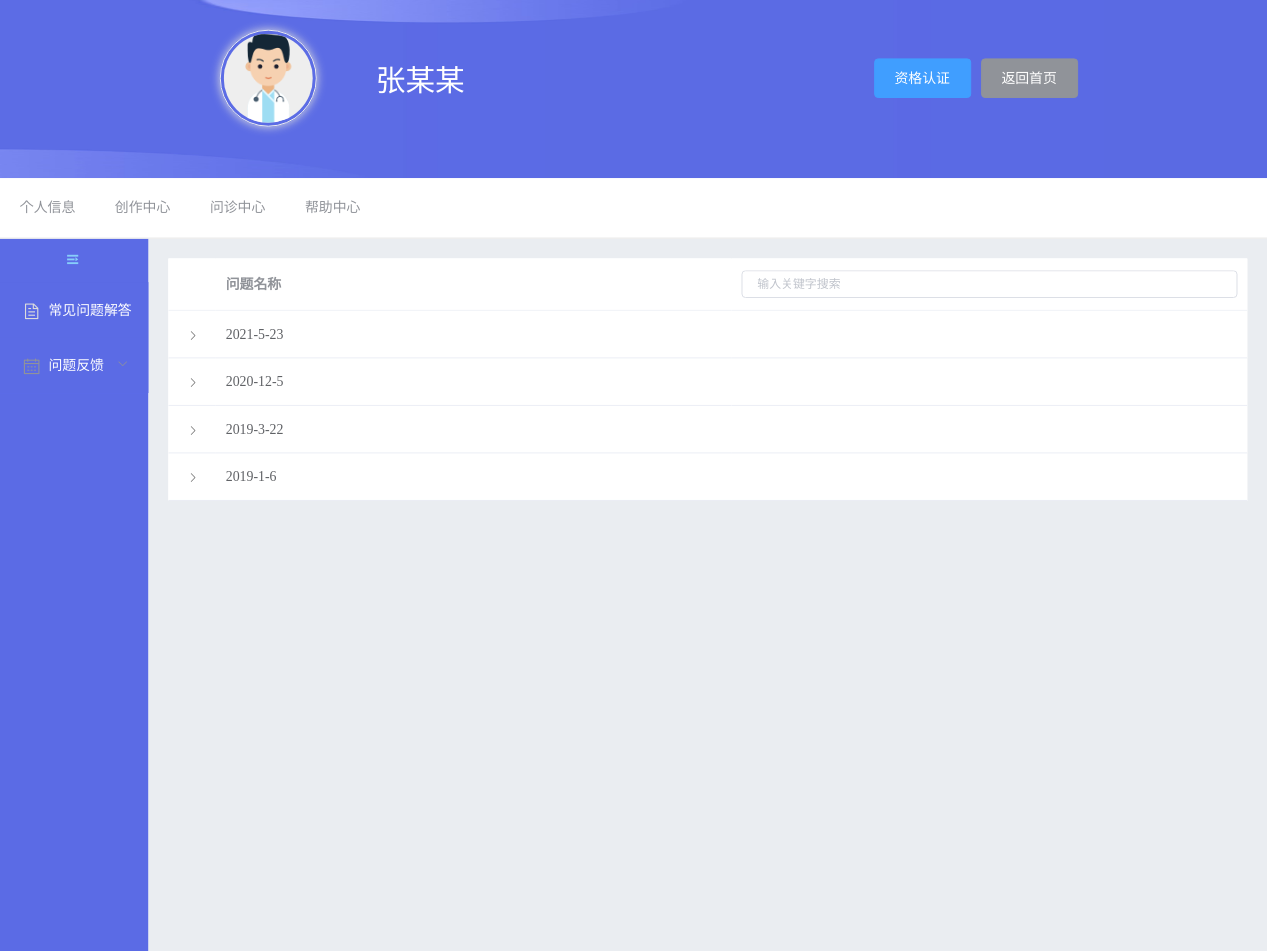
Repository: DiscreteL/SOA_Front
Page: /#/problems
The author's editor kept a copy of each file at every save. The page is drawn from the files as they stood at one save, then again after the next save.
The browser window is 1280 px wide. The pictures show the whole page, at 99% of full size.
The project was rebuilt for these pictures with package versions that can differ from the ones it lists, and the page was loaded fresh each time. Also part of the build but not shown: vue.config.js, src/components/navigation.vue, src/components/dialog.vue, src/views/news.vue, src/components/announcement.vue, src/components/patientKnow.vue, src/views/Home.vue, src/views/login.vue and 15 more.

Above is the page before, as saved 2021-11-29 18:48:09.

### src/main.js
import Vue from 'vue'
import App from './App.vue'
import router from './router'
import store from './store'
import ElementUI from 'element-ui';
import 'element-ui/lib/theme-chalk/index.css';
import instance_ from "@/utils/api";

Vue.use(ElementUI);

Vue.config.productionTip = false

Vue.prototype.instance = instance_

new Vue({
  router,
  store,
  render: h => h(App)
}).$mount('#app')

router.beforeEach((to, from, next) => {
  /* 路由发生变化修改页面title */
  if (to.meta.title) {
      document.title = to.meta.title
  }
  next()
})

### src/App.vue
<template>
  <div id="app">
    <router-view/>
  </div>
</template>

<style lang="less" scoped>
</style>

<script>
export default {
  name: 'app'
}
</script>

### src/utils/api.js
//输出通用axios实例
import axios from 'axios';
axios.defaults.withCredentials = false

const instance = axios.create({
  timeout: 10000,
   headers: {
    'Content-Type': "multipart/form-data;charset=utf-8",
  }
});

export default {
  //GqvbYer04485869e6b5acbed4ed10dfd79468f6d84577b1

   diseaseList (data) {
     return instance.get("https://api.apishop.net/common/disease/queryDiseaseList?apiKey=GqvbYer04485869e6b5acbed4ed10dfd79468f6d84577b1&page=1&pageSize=50", data);
   },
   diseaseInfo(data){
    return instance.get("https://api.apishop.net/common/disease/queryDiseaseInfo?apiKey=GqvbYer04485869e6b5acbed4ed10dfd79468f6d84577b1&diseaseID="+data);
   }


//   allUser () {
//     return instance.post('/api/user');
//   },
//   allProduct () {
//    return instance.post('/api/product')
//   },
//   upload (data) {
//     return instance.post('/api/upload',data)
//   },
//   regist (data){
//   	return instance.post('/api/createOrUpdateUser',data)
//   }
};

### src/views/doctor/helpCenter.vue
<template>
  <div class="home_container">
    <UserHomeNav2></UserHomeNav2>
    <!--页面主体区-->
    <el-container>
      <!--侧边栏-->
      <el-aside :width="isCollapse ? '64px' : '150px'">
        <div class="toggle-button" @click="toggleCollapse">
          <div v-if="this.isCollapse == true">
            <i class="el-icon-s-fold"></i>
          </div>
          <div v-else>
            <i class="el-icon-s-unfold"></i>
          </div>
        </div>
        <el-menu
          background-color="#5b6be5"
          text-color="#fff"
          active-text-color="#409EFF"
          :collapse="isCollapse"
          :collapse-transition="false"
          :router="true"
          :default-active="activePath"
        >
          <el-menu-item index="/problems" @click="saveNavState('/problems')">
            <i class="el-icon-document" style="color: #dcdcdc"></i>
            <span slot="title">常见问题解答</span>
          </el-menu-item>
          <el-submenu index="1">
            <template slot="title">
              <i class="el-icon-date"></i>
              <span>问题反馈</span>
            </template>
            <el-menu-item
              index="/feedback"
              @click="saveNavState('/feedback')"
            >
              <i tyle="color: #dcdcdc"></i>
              <span slot="title">我要反馈</span>
            </el-menu-item>
            <el-menu-item index="/feedbackList" @click="saveNavState('/feedbackList')">
              <i style="color: #dcdcdc"></i>
              <span slot="title">反馈记录</span>
            </el-menu-item>
          </el-submenu>
        </el-menu>
      </el-aside>
      <!--右侧主体区-->
      <el-main>
        <router-view></router-view>
      </el-main>
    </el-container>
  </div>
</template>

<script>
import UserHomeNav2 from "@/components/userhomenav2.vue";

export default {
  name: "ConsultCenter",
  components: {
    UserHomeNav2,
  },
  data() {
    return {
      // 默认不折叠
      isCollapse: false,
      // 被激活导航地址
      activePath: "",
    };
  },
  created() {
    this.getMenuList();
    this.activePath = window.sessionStorage.getItem("activePath");
  },
  methods: {
    toggleCollapse() {
      this.isCollapse = !this.isCollapse;
    },
    saveNavState(activePath) {
      window.sessionStorage.setItem("activePath", activePath);
      this.activePath = activePath;
    },
  },
};
</script>

<style lang="less" scoped>
html,
body {
  width: 100%;
  height: 100%;
  margin: 0px;
  padding: 0px;
}
.home_container {
  height: 100vh;
}
.el-container {
  height: 100%;
}
.el-aside {
  background-color: #5b6be5;
  .el-menu {
    border-right: none;
  }
}
.el-main {
  background-color: #eaedf1;
}
.toggle-button {
  background-color: #5b6be5;
  font-size: 15px;
  line-height: 24px;
  color: #87cefa;
  text-align: center;
  letter-spacing: 0.2em;
  cursor: pointer;
  padding: 10px;
}
.logo_box {
  height: 60px;
  width: 60px;
  border: 5px #53868b;
  border-radius: 50%; /* 圆角 */
  position: relative;
  margin: 30px;
}
.port_box img {
  width: 100%;
  height: 100%;
  border-radius: 50%; /* 圆角 */
  background-color: #53868b;
}
</style>

### src/views/doctor/help/problems.vue
<template>
  <el-table
    :data="tableData.filter(data => !search || data.title.toLowerCase().includes(search.toLowerCase()))"
    style="width: 100%">
    <el-table-column type="expand">
      <template slot-scope="props">
        <el-form label-position="left" inline class="demo-table-expand">
          <el-form-item label="问题名称">
            <span>{{ props.row.problem }}</span>
          </el-form-item>
          <el-form-item label="解答">
            <span>{{ props.row.answer }}</span>
          </el-form-item>
        </el-form>
      </template>
    </el-table-column>
    <el-table-column label="问题名称" prop="time"> </el-table-column>
    <el-table-column align="right">
      <template slot="header" slot-scope="scope">
        <el-input v-model="search" @click="handleEdit(scope.$index, scope.row)" size="mini" placeholder="输入关键字搜索" />
      </template>
    </el-table-column>
  </el-table>
</template>

<style>
.demo-table-expand {
  font-size: 0;
}
.demo-table-expand label {
  width: 90px;
  color: #99a9bf;
}
.demo-table-expand .el-form-item {
  margin-left: 2%;
  margin-right: 0;
  margin-bottom: 0;
  width: 50%;
}
</style>

<script>
export default {
  data() {
    return {
      tableData: [
        {
          time: "2021-5-23",
          name: "GGG",
          disrecord: "上呼吸道感染",
          prescr: "正柴胡颗粒",
        },
        {
          time: "2020-12-5",
          name: "HHH",
          disrecord: "急性鼻窦炎",
          prescr: "处方1",
        },
        {
          time: "2019-3-22",
          name: "KKK",
          disrecord: "失眠，心律不齐",
          prescr: "稳心颗粒",
        },
        {
          time: "2019-1-6",
          name: "JJJ",
          disrecord: "过敏",
          prescr: "息斯敏（氯雷他定片）",
        },
      ],
      search: "",
    }
  },
  methods: {
    handleEdit(index, row) {
      console.log(index, row);
    },
    handleDelete(index, row) {
      console.log(index, row);
    },
    handleChange() {
    this.$forceUpdate();
},
  },
};
</script>

### src/service/userService.js
import url from '../axios/url';
import request from '../axios/request';

export function getDocDataFun(params) {
    return request.get(url.patient.getDocListData, params);
  }

export function getDocOptionFun(params) {
    return request.get(url.patient.getDocOptionData, params);
  }

export function getDrugFun(params){
  return request.get(url.patient.getDrugData,params);
}

export function getHosFun(params){
  return request.get(url.patient.getHosData,params);
}

export function getNoticeFun(params){
  return request.get(url.patient.getNoticeData,params);
}

export function getDiseaseFun(params){
  return request.get(url.patient.getDiseaseData,params);
}

export function postReservationFun(params){
  return request.post(url.patient.postReservationData,params);
}

export function loginPFun(params){
  return request.get(url.patient.patientLogin,params);
}

export function loginDFun(params){
  return request.get(url.patient.doctorLogin,params);
}

export function registerPFun(params){
  return request.post(url.patient.patientRegister,params);
}

export function registerDFun(params){
  return request.post(url.patient.doctorRegister,params);
}

export function sendAcidFormFun(params){
  return request.post(url.patient.sendAcidForm, params)
}

export function sendOfflineReFun(params){
  return request.post(url.patient.sendOffineReservation, params)
}

export function sendChatMesFun(params){
  return request.post(url.alluser.sendChatMes, params)
}

export function getChatMesFun(params){
  return request.get(url.alluser.getChatMes, params)
}

export function getCartFun(params){
  return request.get(url.patient.getCart, params)
}

export function clearCartFun(params){
  return request.post(url.patient.clearCart, params)
}

export function addCartFun(params){
  return request.post(url.patient.addCart, params)
}

export function getPatientInfoDataFun(params){
  return request.get(url.doctor.getPatientInfoData,params);
}
export function postPreDataFun(params){
  return request.post(url.doctor.postPreData,params);
}

export function postMedicineIncludedDataFun(params){
  return request.post(url.doctor.postMedicineIncludedData,params);
}

export function postReportDataFun(params){
  return request.post(url.doctor.postReportData,params);
}

export function getDocInfoData(params){
  return request.get(url.patient.getDocInfoData,params);
}

export function getDrugsIncludedListDataFun(params){
  return request.get(url.patient.getDrugsIncludedListData,params);
}

export function postRateDataFun(params){
  return request.post(url.patient.postRateData,params);
}

export function getPreDataFun(params){
  return request.get(url.patient.getPreData,params);
}

export function getDiseaseListDataFun(params){
  return request.get(url.patient.getDiseaseListData,params);
}

export function getDepartmentListDataFun(params){
  return request.get(url.patient.getDepartmentListData,params);
}

export function getPatientInfoFun(params){
  return request.get(url.patient.getPatientInfo,params);
}

export function postAutoAddDataFun(params){
  return request.post(url.patient.postAutoAddData,params);
}

export function getDrugListDataFun(params){
  return request.get(url.patient.getDrugListData,params);
}

export function getNATFun(params){
  return request.get(url.patient.getNAT,params);
}
export function getReportListDataFun(params){
  return request.get(url.admin.getReportListData,params);
}
export function getNoticeListDataFun(params){
  return request.get(url.admin.getNoticeListData,params);
}
export function postNoticeDataFun(params){
  return request.post(url.admin.postNoticeData,params);
}

export function getDocFun(params){
  return request.get(url.patient.getDoctorData,params)
}

export function getRecordsFun(params){
  return request.get(url.patient.getRecordsData,params)
}

export function getCompletedRecordsFun(params){
  return request.get(url.patient.getCompletedRecordsData,params)
}

export function updateReservationFun(params){
  return request.post(url.patient.updateReservationData,params)
}

export function postNoticeFun(params){
  return request.post(url.patient.postNoticeData,params)
}

export function deleteNoticeFun(params){
  return request.post(url.patient.deleteNotice,params)
}

export function getPatiBMIFun(params){
  return request.get(url.patient.getPatiBMI,params)
}

export function getPaiInoFun(params){
  return request.get(url.patient.getPaiIno,params)
}

export function getOfflineAppFun(params){
  return request.get(url.patient.getOfflineApp,params)
}

export function getReservationsFun(params){
  return request.get(url.patient.getReservations,params)
}

export function postPaiInoFun(params){
  return request.post(url.patient.postPaiIno,params)
}

export function RectifyOfflineAppFun(params){
  return request.post(url.patient.postRectifyOfflineApp,params)
}

export function RectifyNucleicAppFun(params){
  return request.post(url.patient.postRectifyNucleicApp,params)
}

export function getDocInoFun(params){
  return request.get(url.doctor.getDocIno,params)
}

export function getHospitalFun(params){
  return request.get(url.patient.getHospital,params)
}

### src/components/userhomenav2.vue
<template>
  <div class="container">
    <div class="head">
      <div class="background">
        <img src="@/assets/back.jpg" alt="" width="100%" height="100%" />
      </div>
      <div class="headmain">
        <div class="left">
          <!-- 头像部分 -->
          <div class="port_box">
            <img src="../assets/docPort.png" />
          </div>

          <!-- 个人信息部分 -->
          <div
            class="Info"
            style="color: white; font-size: 30px; font-family: 宋体"
          >
            {{ userName }}<br />
          </div>
        </div>
        <div>
            <el-button type="primary" @click="certify">资格认证</el-button>
          <el-button type="info" @click="returnhome">返回首页</el-button>
        </div>
      </div>
    </div>
    <div class="navBar">
      <el-menu
        :default-active="this.$route.path"
        class="el-menu-demo"
        router
        mode="horizontal"
        active-text-color="#409EFF"
      >
        <el-menu-item v-for="(item, i) in navList" :key="i" :index="item.name">
          {{ item.navItem }}
        </el-menu-item>
      </el-menu>
    </div>
    <div></div>
  </div>
</template>

<script>
export default {
  name: "UserHomeNav2",
  data() {
    return {
      //   userID: window.sessionStorage.getItem("id"),
      userName: "张某某",
      navList: [
        { name: "/userHome2", navItem: "个人信息" },
        { name: "/messageCenter", navItem: "创作中心" },
        { name: "/consultCenter", navItem: "问诊中心" },
        { name: "/helpCenter", navItem: "帮助中心" },
      ],
    };
  },
  methods: {
    returnhome(){
      this.$router.push("/home");
    },
    certify(){

    }
  },
};
</script>

<style scoped>
.head {
  height: 180px;
  width: 100%;
}
.background {
  width: 100%;
  height: 180px;
  z-index: -1;
  position: absolute;
}
.headmain {
  display: flex;
  justify-content: space-around;
  align-items: center;

}
.left {
  display: flex;
  align-items: center;
}
.port_box {
  height: 90px;
  width: 90px;
  border: 1px solid #eee;
  border-radius: 50%; /* 圆角 */
  padding: 3px; /*图片和边框之间的间距 */
  box-shadow: 0 0 10px #ddd; /*阴影 */
  position: relative;
  margin: 30px;
}
.port_box img {
  width: 100%;
  height: 100%;
  border-radius: 50%; /* 圆角 */
  background-color: #eee;
}

.Info {
  text-align: left;
  font: 15px "Microsoft YaHei";
  margin: 30px;
  position: relative;
}
</style>

### src/axios/url.js
import patient from './modules/patient';
import alluser from './modules/alluser';
import doctor from './modules/doctor';
import admin from './modules/admin';
export default {
    patient,
    alluser,
    doctor,
    admin,
};

### src/axios/request.js
import axios from './axios';
export default {
  // get请求
  get(url, param) {
    return new Promise((resolve, reject) => {
      axios({
        method: 'get',
        url,
        params: param
      })
        .then((res = {}) => {
          if (res.code !== '200') reject(res);
          resolve(res);
        })
        .catch(_ => {
          reject(_)});
    });
  },
  // post请求
  post(url, param) {
    return new Promise((resolve, reject) => {
      axios({
        method: 'post',
        url,
        data: param,
      })
        .then((res = {}) => {
          if (res.code !== '200') reject(res);
          resolve(res);
        })
        .catch(_ => reject(_));
    });
  },
};

### src/axios/modules/patient.js
export default {
    getDocListData:'/Patient/GetDoctorList',
    getDrugData:'/Patient/GetDrugInforList',
    getHosData:'/Patient/GetHospitalList',
    getNoticeData:'/Patient/GetNoticeList',
    getDiseaseData:'/Patient/GetDiseaseList',
    patientLogin:'/Patient/Login',
    doctorLogin:'/Doctor/Login',
    patientRegister:'/Patient/Register',
    doctorRegister:'/Doctor/Register',
    postReservationData:'/Patient/PostReservation',
    sendAcidForm:'/Patient/PostAppOfNuc',
    sendOffineReservation:'/Patient/PostOfflineApp',
    getCart:'/Patient/GetCart',
    clearCart:'/Patient/EmptyCart',
    addCart:'/Patient/AddDrug',
    getDocInfoData:'/Patient/GetDoctor',
    getDrugsIncludedListData:'/Patient/GetIncludeList',
    postRateData:'/Patient/PostRating',
    getPreData:'/Patient/GetPre',
    getDiseaseListData:'/Patient/GetDiseaseList',//存在重复
    getDepartmentListData:'/Patient/GetDepartmentList',//存在重复
    getPatientInfo:'/Patient/GetPatiInfor',
    postAutoAddData:'/Patient/AutoAddDrug',
    getDrugListData:'/Patient/GetDrugInforList',//存在重复
    getLocalImg:'/Patient/GetImg',
    getNAT:'/Patient/GetAppsOfNuc',
    postNoticeData:'/Admin/PostNotice',
    deleteNotice:'/Admin/DeleteNotice',
    getPaiIno:'/Patient/GetPatient',
    getOfflineApp:'/Patient/GetOfflineAppList',
    getReservations:'/Patient/GetReservations',
    getPatiBMI:'/Patient/GetPatiInfor',
    getHospital:'/Patient/GetHospital',
    getPreData:'/Patient/GetPre',
    postPaiIno:'/Patient/ModInfor',
    postUpdateReservation:'Patient/UpdateReservation',
    postRectifyOfflineApp:'/Patient/RectifyOfflineApp',
    postRectifyNucleicApp:'/Patient/RectifyNucleicApp',
    updateReservationData:'/Patient/UpdateReservation',
    getDoctorData:'/Doctor/GetDoctor',
    getRecordsData:'/Doctor/GetReservationLists',
    getCompletedRecordsData:'/Doctor/GetRecords'
  };

### src/axios/modules/alluser.js
export default{
    sendChatMes:'/Base/PostChat',
    getChatMes:'/Base/GetChat'
};

### src/axios/modules/doctor.js
export default {
    getPatientInfoData:'/Doctor/GetPatient',
    postPreData:'/Doctor/PostPre',
    postMedicineIncludedData:'/Doctor/PostInclude',
    postReportData:'/Doctor/PostReport',
    getDocIno:'/Doctor/GetDoctor',
};

### src/axios/modules/admin.js
export default {
    getReportListData:'/Admin/GetReportForms',
    getNoticeListData:'/Admin/GetNoticeList',
    postNoticeData:'/Admin/PostNotice'
}

### src/axios/axios.js
import axios from 'axios';
import router from '../router';
import Vue from 'vue';
import qs from 'qs';
//import store from '../store/index';

//import Storage from '../utils/storages';


// 错误状态码处理提示
class MessageTip extends Vue {
  static messageTipInstance = null;
  messageTip = null;

  static instance() {
    if (!this.messageTipInstance) {
      this.messageTipInstance = new MessageTip();
    }
    this.messageTipInstance;
  }

  // 提示信息
  msgInfo(msg) {
    this.messageTip && this.messageTip.close();
    this.messageTip = this.$message({
      showClose: true,
      message: msg,
      type: 'error',
      center: true
    });
  }

  // 错误信息
  errorInfo(errorCode) {
    this.messageTip && this.messageTip.close();
    let msg = '';
    switch (errorCode) {
      case '400':
        msg = '请求错误';
        break;
      case '401':
        msg = '登录会话过期，请重新登录';
        break;
      case '403':
        msg = '拒绝访问';
        break;
      case '404':
        msg = '请求地址出错';
        break;
      case '408':
        msg = '请求超时';
        break;
      case '500':
        msg = '服务器内部错误';
        break;
      case '501':
        msg = '服务器未实现';
        break;
      case '502':
        msg = '网络错误';
        break;
      case '503':
        msg = '服务不可用';
        break;
      case '504':
        msg = '网关超时';
        break;
      case '505':
        msg = 'HTTP版本不受支持';
        break;
    }
    this.messageTip = this.$message({
      showClose: true,
      message: msg,
      type: 'error',
      center: true
    });
  }
}

const messageTip = new MessageTip();

axios.defaults.headers.post['Content-Type'] = 'application/json';

axios.defaults.withCredentials = true;
axios.defaults.baseURL = '/api';
axios.defaults.timeout = 5000;
// 请求拦截器
axios.interceptors.request.use(
  config => {
    if(config.method === 'post') {
      config.data = qs.stringify(config.data)
      config.url += '?' + config.data
    }
    else {
      config.params = qs.stringify(config.params)
      config.url += '?' + config.params
    }
    //config.headers.token = localStorage.getItem('$token_info');
    return config;
  },
  error => {
    return Promise.reject(error);
  }
);

// 响应拦截器
axios.interceptors.response.use(
  response => {
    response.data = {
      result:response.data,
      code:`${response.status}`
    }
    if (response && response.data && response.data.code !== '200') {
      response.data.msg && messageTip.msgInfo(response.data.msg);
      console.log(response)
      return Promise.reject(response.data);
    }
    return response.data;
  },
  error => {
    console.log(error)
    console.log(error.response)
    if (
      error &&
      error.response &&
      error.response.status &&
      messageTip.errorInfo(error.response.status)
    ) {
      return Promise.reject(error);
    }
  }
);
export default axios;

Loaded but not shown: public/index.html (common file); src/store/index.js (common file); src/router/index.js (280 lines, source omitted)

After the next save:
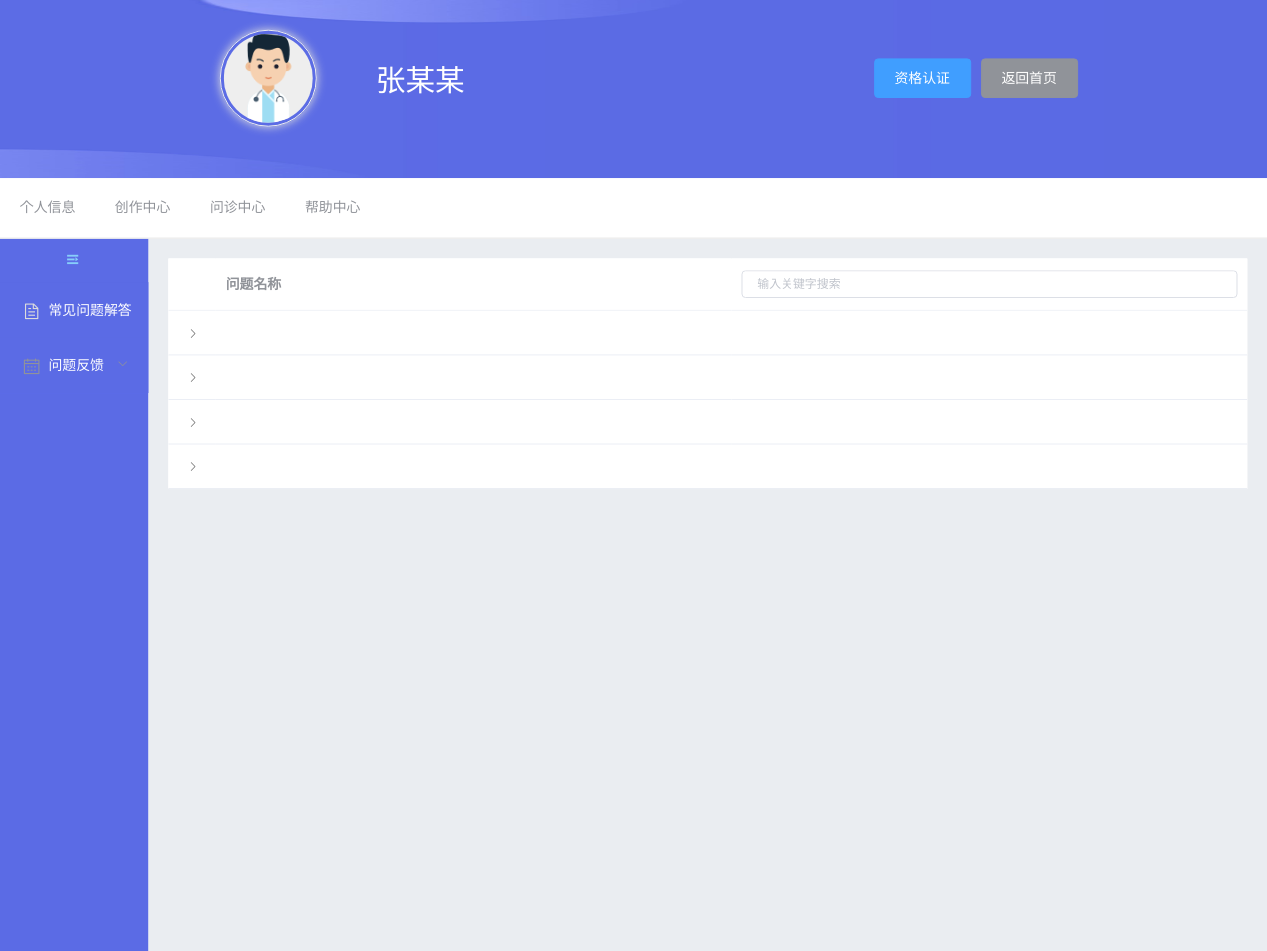
Saved 43 s later.
--- a/src/views/doctor/help/problems.vue
+++ b/src/views/doctor/help/problems.vue
@@ -5,16 +5,13 @@
     <el-table-column type="expand">
       <template slot-scope="props">
         <el-form label-position="left" inline class="demo-table-expand">
-          <el-form-item label="问题名称">
-            <span>{{ props.row.problem }}</span>
-          </el-form-item>
           <el-form-item label="解答">
             <span>{{ props.row.answer }}</span>
           </el-form-item>
         </el-form>
       </template>
     </el-table-column>
-    <el-table-column label="问题名称" prop="time"> </el-table-column>
+    <el-table-column label="问题名称" prop="problem"> </el-table-column>
     <el-table-column align="right">
       <template slot="header" slot-scope="scope">
         <el-input v-model="search" @click="handleEdit(scope.$index, scope.row)" size="mini" placeholder="输入关键字搜索" />
